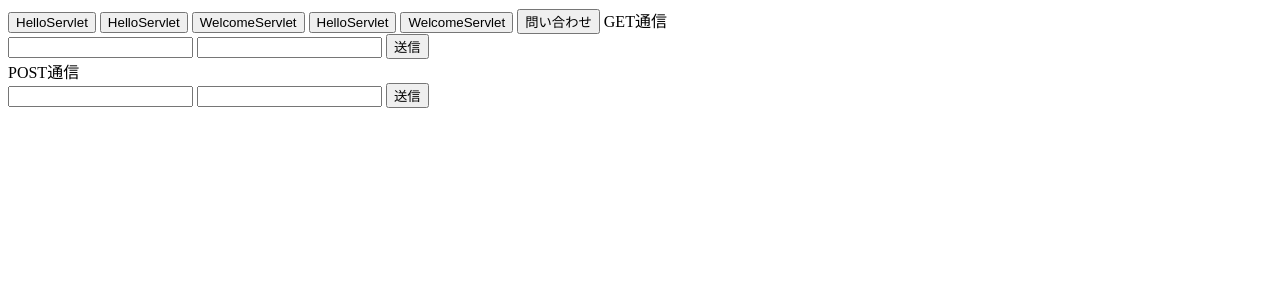
Repository: akira44441111/test
Page: http://localhost/HelloServlet/
An editor plug-in stored every save of this project. The page is shown before and after the next save, followed by the edit.
The browser window is 1280 px wide. The pictures show the whole page.
The page is served by Tomcat 9.

Above is the page before, as saved 2018-09-26 02:28:39.

After the next save:
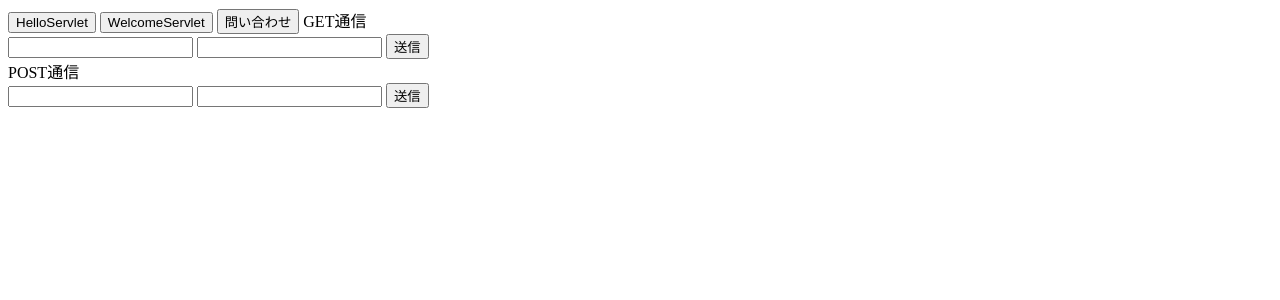
Saved 50 s later.
--- a/HelloServlet/WebContent/index.jsp
+++ b/HelloServlet/WebContent/index.jsp
@@ -7,10 +7,6 @@
 <title>HelloServlet</title>
 </head>
 <body>
-<input type="button" value="HelloServlet" onClick="location.href='HelloServlet'">
-
-<input type="button" value="HelloServlet" onClick="location.href='HelloServlet'">
-<input type="button" value="WelcomeServlet" onClick="location.href='welcome.jsp'">
 
 <input type="button" value="HelloServlet" onClick="location.href='HelloServlet'">
 <input type="button" value="WelcomeServlet" onClick="location.href='welcome.jsp'">

After the save that followed:
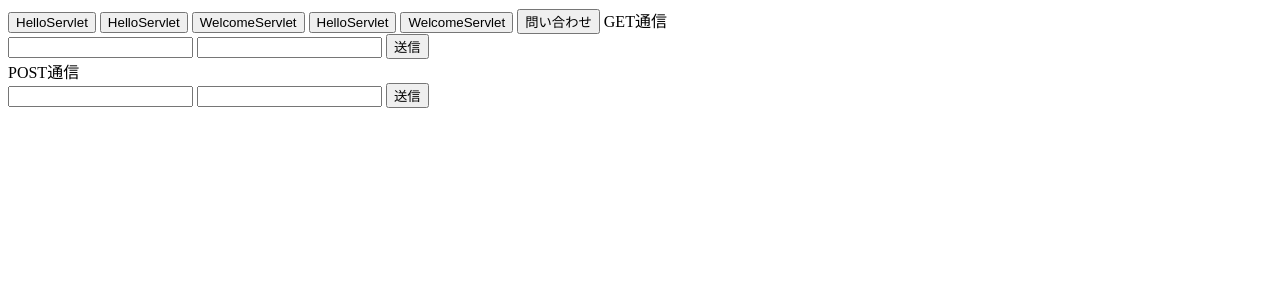
Saved 35 s later.
--- a/HelloServlet/WebContent/index.jsp
+++ b/HelloServlet/WebContent/index.jsp
@@ -7,6 +7,12 @@
 <title>HelloServlet</title>
 </head>
 <body>
+<input type="button" value="HelloServlet" onClick="location.href='HelloServlet'">
+
+<input type="button" value="HelloServlet" onClick="location.href='HelloServlet'">
+<input type="button" value="WelcomeServlet" onClick="location.href='welcome.jsp'">
+
+
 
 <input type="button" value="HelloServlet" onClick="location.href='HelloServlet'">
 <input type="button" value="WelcomeServlet" onClick="location.href='welcome.jsp'">
